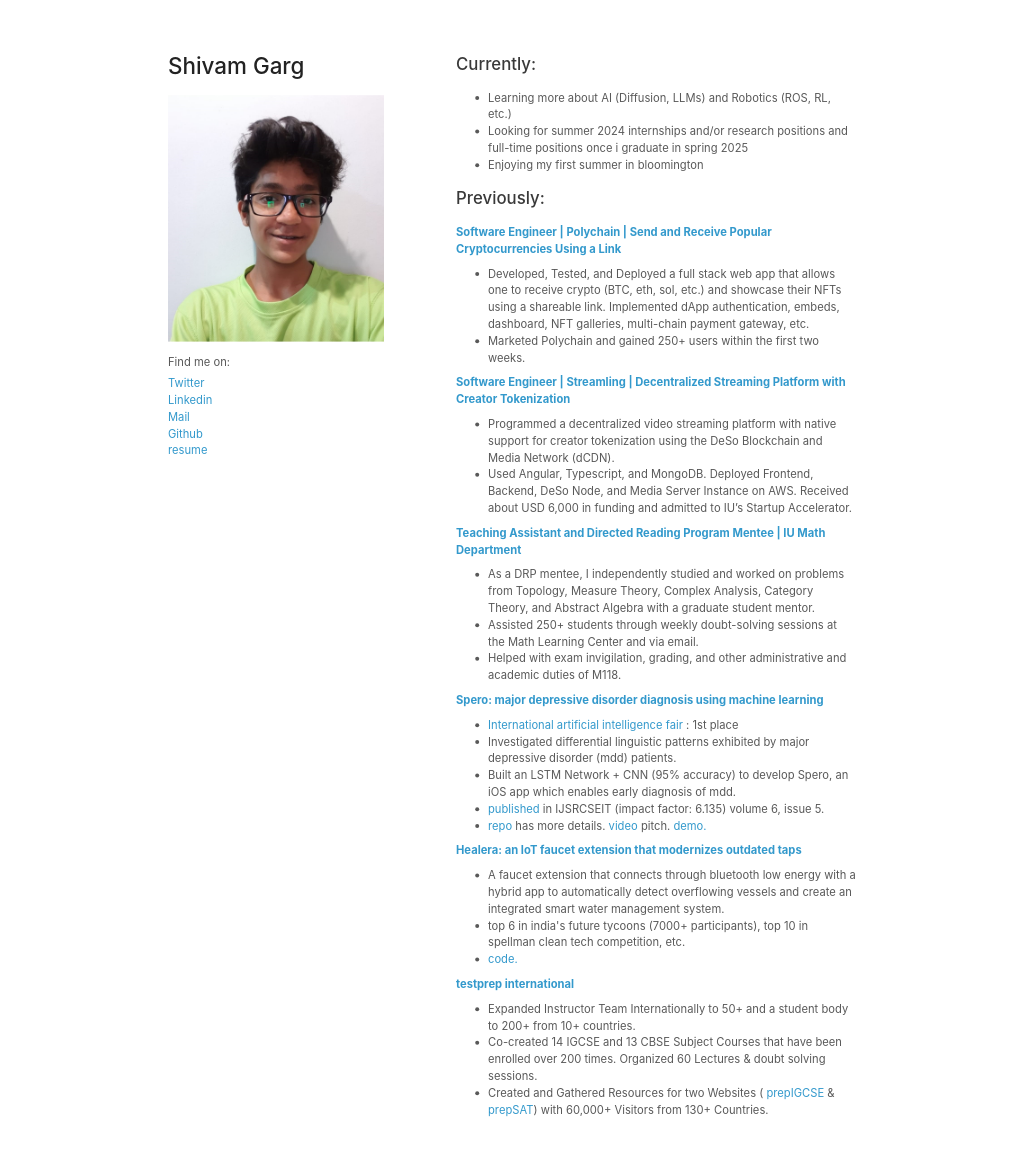
Repository: 22shivam/22shivam.github.io
Page: index.html
The author's editor kept a copy of each file at every save. The page is drawn from the files as they stood at one save, then again after the next save.
The browser window is 1280 px wide. The pictures show the whole page, at 80% of full size.

Above is the page before, as saved 2024-06-17 20:57:33.

### index.html
<!doctype html>
<html>

<head>
  <meta charset="utf-8">
  <meta http-equiv="X-UA-Compatible" content="chrome=1">
  <title>Shivam Garg</title>

  <link rel="apple-touch-icon" sizes="180x180" href="assets/favicon/apple-touch-icon.png">
  <link rel="icon" type="image/png" sizes="32x32" href="assets/favicon/favicon-32x32.png">
  <link rel="icon" type="image/png" sizes="16x16" href="assets/favicon/favicon-16x16.png">
  <link rel="manifest" href="assets/favicon/site.webmanifest">
  <title>Shivam Garg</title>
  <meta charset="utf-8">
  <meta name="description" content="hi i am shivam! i love making and learning about new things">
  <meta name="keywords" content="Shivam Garg, Shivam, Personal Website, smgarg, Shivam Manish Garg">
  <link rel="author" href="https://plus.google.com/{{googlePlusId}}" />
  <!-- TODO: fix link below -->
  <link rel="canonical" href="/" />
  <meta name="author" content="Shivam Garg">


  <link rel="stylesheet" href="css/styles.css">
  <link rel="stylesheet" href="css/pygment_trac.css">
  <meta name="viewport" content="width=device-width">
  <!--[if lt IE 9]>
    <script src="//html5shiv.googlecode.com/svn/trunk/html5.js"></script>
    <![endif]-->
</head>

<body>
  <div class="wrapper">
    <header>
      <h1>Shivam Garg</h1>
      <img src="assets/publicPhoto.jpeg" alt="Shivam Garg" height="" width="">
      <p style="margin-bottom: 5px; margin-top: 10px;">Find me on:</p>
      <div class="view"><a href="https://twitter.com/smgarg_/" target="_blank">Twitter</a></div>
      <div class="view"><a href="https://www.linkedin.com/in/shivammgarg" target="_blank">Linkedin</a></div>
      <div class="view"><a href="mailto:shivamg2604@gmail.com" target="_blank">Mail</a></div>
      <div class="view"><a href="https://github.com/22shivam/" target="_blank">Github</a></div>
      <div class="view"><a href="/resume.pdf" target="_blank">resume</a></div>

    </header>
    <section>
      <h2>Currently:</h2>

      <ul>
        <li>Learning more about AI (Diffusion, LLMs) and Robotics (ROS, RL, etc.)</li>
        <li>Looking for summer 2024 internships and/or research positions and full-time positions once i graduate in
          spring 2025</li>
        <li>Enjoying my first summer in bloomington</li>
      </ul>


      <h2>Previously:</h2>

      <p><a href="#"><b>Software Engineer | Polychain | Send and Receive Popular Cryptocurrencies Using a Link</b></a>
      </p>
      <ul>
        <li> Developed, Tested, and Deployed a full stack web app that allows one to receive crypto (BTC, eth, sol,
          etc.) and
          showcase their NFTs using a shareable link. Implemented dApp authentication, embeds, dashboard, NFT galleries,
          multi-chain payment gateway, etc. </li>
        <li>Marketed Polychain and gained 250+ users within the first two weeks.</li>
      </ul>

      <p><a href="#"><b>Software Engineer | Streamling | Decentralized Streaming Platform with Creator
            Tokenization</b></a></p>
      <ul>
        <li>Programmed a decentralized video streaming platform with native support for creator tokenization using the
          DeSo
          Blockchain and Media Network (dCDN). </li>
        <li>Used Angular, Typescript, and MongoDB. Deployed Frontend, Backend, DeSo Node, and Media Server Instance on
          AWS. Received about USD 6,000 in funding and admitted to IU’s Startup Accelerator.</li>
      </ul>

      <p><a href="#"><b>Teaching Assistant and Directed Reading Program Mentee | IU Math Department</b></a></p>
      <ul>
        <li>As a DRP mentee, I independently studied and worked on problems from Topology, Measure Theory, Complex
          Analysis, Category Theory, and Abstract Algebra with a graduate student mentor. </li>
        <li>Assisted 250+ students through weekly doubt-solving sessions at the Math Learning Center and via email.</li>
        <li>Helped with exam invigilation, grading, and other administrative and academic duties of M118.</li>
      </ul>

      <p><a href="#"><b>Spero: major depressive disorder diagnosis using machine learning</b></a></p>
      <ul>
        <li><a href="https://www.facebook.com/watch/?v=3315503535234343" target="_blanket">International artificial
            intelligence fair </a>: 1st place</li>
        <li> Investigated differential linguistic patterns exhibited by major depressive disorder (mdd) patients. </li>
        <li> Built an LSTM Network + CNN (95% accuracy) to develop Spero, an iOS app which enables early diagnosis of
          mdd. </li>
        <li> <a href="https://drive.google.com/file/d/13emORumQpy178YOz-o1TLWc3oEMG_0Zk/view?usp=sharing"
            target="_blank">published</a> in IJSRCSEIT (impact factor: 6.135) volume 6, issue 5. </li>
        <li><a href="https://github.com/yumibyte/DepressionAnalysisApp" target="_blank">repo</a> has more details. <a
            href="https://youtu.be/BRpB7O93rG8" target="_blank">video </a>pitch. <a
            href="https://drive.google.com/file/d/1xZBEsI2Kvl0hXr1HkGOkEOxA6GYMHvkU/view?usp=sharing"
            target="_blank">demo.</a></li>
      </ul>

      <p><a href="#"><b>Healera: an IoT faucet extension that modernizes outdated taps</b></a></p>
      <ul>
        <li> A faucet extension that connects through bluetooth low energy with a hybrid app to automatically detect
          overflowing vessels and create an integrated smart water management system. </li>
        <li>top 6 in india's future tycoons (7000+ participants), top 10 in spellman clean tech competition, etc.</li>
        <li><a href="https://create.arduino.cc/editor/shivam26/1d686c51-6e04-4531-b3fc-80d3e8be87ea/preview"
            target="_blank">code.</a> </li>
      </ul>

      <p><a href="https://testprepintl.wixsite.com/testprep" target="_blank"><b>testprep international</b></a></p>
      <ul>
        <li>Expanded Instructor Team Internationally to 50+ and a student body to 200+ from 10+ countries.</li>
        <li>Co-created 14 IGCSE and 13 CBSE Subject Courses that have been enrolled over 200 times. Organized 60
          Lectures & doubt solving sessions. </li>
        <li>Created and Gathered Resources for two Websites ( <a href="https://igcse.school.blog/"
            target="_blank">prepIGCSE</a> & <a href="https://prepsatinfo.wordpress.com/" target="_blank">prepSAT</a>)
          with 60,000+ Visitors from 130+ Countries. </li>
      </ul>

      <!-- <p><a href="https://covidhope.litcot.org/" target="_blank"><b>the covidhope initiative</b></a></p>
      <ul>
        <li>recruited 17 editors and designers for the 216-page anthology and oversaw internal operations.</li>
        <li>released anthology in several online stores.</li>
        <li>recognised by <a
            href="https://www.unmgcy.org/youth-initiatives/2020/9/9/the-covidhope-initiative?fbclid=IwAR1hHeQ0HqLZF7lZqmeBwSabEhB1bpDe8zFZsVwr8dct0wwqOb93iT0AzrM"
            target="_blank">united nations major group for children and youth</a> and WHO's weekly operational update on
          covid-19 (<a
            href="https://www.who.int/publications/m/item/weekly-operational-update-on-covid-19---24-may-2021"
            target="_blank">issue 56</a>, page 7).</li>
      </ul> -->

      <!-- <p><a href="#"><b>this is actually a title placeholder</b></a></p>
        <ul>
            <li>bullet <b>1</b></li>
            <li>bullet 2</li>
            <li>bullet 3</li>
        </ul> -->

      <!-- <h1>essays:</h1>
      &#10024; fun stuff coming soon &#10024;
      <br>
      <br>

      <h1>reading list</h1>
      <ul>
        <li>the psychology of money by morgan housel </li>
        <li>the almanack of naval ravikant by eric jorgenson</li>
      </ul> -->

      <!-- <h1>random:</h1>
          <ul>
            <li>random 1:</li>
            <li>random 2:</li>
            <li>random 3:</li>
          </ul>

          <h1>features:</h1>
          <ul>
            <li>feature 1:</li>
            <li>feature 2:</li>
            <li>feature 3:</li>
          </ul>

          <h1>gallery:</h1>
          <ul>
            <li>feature 1:</li>
            <li>feature 2:</li>
            <li>feature 3:</li>
          </ul> -->

    </section>
    <footer>
      <!-- <p><small>Last Updated: August 21, 2021</small></p> -->
    </footer>
  </div>
  <script src="js/scale.fix.js"></script>
</body>

</html>

### css/styles.css
body {
  background-color: #fff;
  padding:40px;
  font: 14px/1.5 -apple-system, BlinkMacSystemFont, "Segoe UI", Roboto, Oxygen, Ubuntu, Cantarell, "Fira Sans", "Droid Sans", "Helvetica Neue", Arial, sans-serif, "Apple Color Emoji", "Segoe UI Emoji", "Segoe UI Symbol";
  color:#595959;
  font-weight:400;
}

h1, h2, h3, h4, h5, h6 {
  color:#222;
  margin:20px 0 20px 0;
}

p, ul, ol, table, pre, dl {
  margin:0 0 10px;
}

h1, h2, h3 {
  line-height:1.1;
}

h1 {
  font-size:28px;
  font-weight: 500;
}

h2 {
  color:#393939;
  font-weight: 500;
}

h3, h4, h5, h6 {
  color:#494949;
  font-weight: 500;
}

a {
  color:#39c;
  text-decoration:none;
}

a:hover {
  color:#069;
}

a small {
  font-size:11px;
  color:#777;
  margin-top:-0.3em;
  display:block;
}

a:hover small {
  color:#777;
}

.wrapper {
  width:860px;
  margin:0 auto;
}

blockquote {
  border-left:1px solid #e5e5e5;
  margin:0;
  padding:0 0 0 20px;
  font-style:italic;
}

code, pre {
  font-family:Monaco, Bitstream Vera Sans Mono, Lucida Console, Terminal, Consolas, Liberation Mono, DejaVu Sans Mono, Courier New, monospace;
  color:#333;
}

pre {
  padding:8px 15px;
  background: #f8f8f8;
  border-radius:5px;
  border:1px solid #e5e5e5;
  overflow-x: auto;
}

table {
  width:100%;
  border-collapse:collapse;
}

th, td {
  text-align:left;
  padding:5px 10px;
  border-bottom:1px solid #e5e5e5;
}

dt {
  color:#444;
  font-weight:500;
}

th {
  color:#444;
}

img {
  max-width:100%;
}

header {
  width:270px;
  float:left;
  position:fixed;
  -webkit-font-smoothing:subpixel-antialiased;
}

header ul {
  list-style:none;
  height:40px;
  padding:0;
  background: #f4f4f4;
  border-radius:5px;
  border:1px solid #e0e0e0;
  width:270px;
}

header li {
  width:89px;
  float:left;
  border-right:1px solid #e0e0e0;
  height:40px;
}

header li:first-child a {
  border-radius:5px 0 0 5px;
}

header li:last-child a {
  border-radius:0 5px 5px 0;
}

header ul a {
  line-height:1;
  font-size:11px;
  color:#999;
  display:block;
  text-align:center;
  padding-top:6px;
  height:34px;
}

header ul a:hover {
  color:#999;
}

header ul a:active {
  background-color:#f0f0f0;
}

strong {
  color:#222;
  font-weight:500;
}

header ul li + li + li {
  border-right:none;
  width:89px;
}

header ul a strong {
  font-size:14px;
  display:block;
  color:#222;
}

section {
  width:500px;
  float:right;
  padding-bottom:50px;
}

small {
  font-size:11px;
}

hr {
  border:0;
  background:#e5e5e5;
  height:1px;
  margin:0 0 20px;
}

footer {
  width:270px;
  float:left;
  position:fixed;
  bottom:50px;
  -webkit-font-smoothing:subpixel-antialiased;
}

@media print, screen and (max-width: 960px) {

  div.wrapper {
    width:auto;
    margin:0;
  }

  header, section, footer {
    float:none;
    position:static;
    width:auto;
  }

  header {
    padding-right:320px;
  }

  section {
    border:1px solid #e5e5e5;
    border-width:1px 0;
    padding:20px 0;
    margin:0 0 20px;
  }

  header a small {
    display:inline;
  }

  header ul {
    position:absolute;
    right:50px;
    top:52px;
  }
}

@media print, screen and (max-width: 720px) {
  body {
    word-wrap:break-word;
  }

  header {
    padding:0;
  }

  header ul, header p.view {
    position:static;
  }

  pre, code {
    word-wrap:normal;
  }
}

@media print, screen and (max-width: 480px) {
  body {
    padding:15px;
  }

  header ul {
    width:99%;
  }

  header li, header ul li + li + li {
    width:33%;
  }
}

@media print {
  body {
    padding:0.4in;
    font-size:12pt;
    color:#444;
  }
}

### css/pygment_trac.css
.highlight  { background: #ffffff; }
.highlight .c { color: #999988; font-style: italic } /* Comment */
.highlight .err { color: #a61717; background-color: #e3d2d2 } /* Error */
.highlight .k { font-weight: bold } /* Keyword */
.highlight .o { font-weight: bold } /* Operator */
.highlight .cm { color: #999988; font-style: italic } /* Comment.Multiline */
.highlight .cp { color: #999999; font-weight: bold } /* Comment.Preproc */
.highlight .c1 { color: #999988; font-style: italic } /* Comment.Single */
.highlight .cs { color: #999999; font-weight: bold; font-style: italic } /* Comment.Special */
.highlight .gd { color: #000000; background-color: #ffdddd } /* Generic.Deleted */
.highlight .gd .x { color: #000000; background-color: #ffaaaa } /* Generic.Deleted.Specific */
.highlight .ge { font-style: italic } /* Generic.Emph */
.highlight .gr { color: #aa0000 } /* Generic.Error */
.highlight .gh { color: #999999 } /* Generic.Heading */
.highlight .gi { color: #000000; background-color: #ddffdd } /* Generic.Inserted */
.highlight .gi .x { color: #000000; background-color: #aaffaa } /* Generic.Inserted.Specific */
.highlight .go { color: #888888 } /* Generic.Output */
.highlight .gp { color: #555555 } /* Generic.Prompt */
.highlight .gs { font-weight: bold } /* Generic.Strong */
.highlight .gu { color: #800080; font-weight: bold; } /* Generic.Subheading */
.highlight .gt { color: #aa0000 } /* Generic.Traceback */
.highlight .kc { font-weight: bold } /* Keyword.Constant */
.highlight .kd { font-weight: bold } /* Keyword.Declaration */
.highlight .kn { font-weight: bold } /* Keyword.Namespace */
.highlight .kp { font-weight: bold } /* Keyword.Pseudo */
.highlight .kr { font-weight: bold } /* Keyword.Reserved */
.highlight .kt { color: #445588; font-weight: bold } /* Keyword.Type */
.highlight .m { color: #009999 } /* Literal.Number */
.highlight .s { color: #d14 } /* Literal.String */
.highlight .na { color: #008080 } /* Name.Attribute */
.highlight .nb { color: #0086B3 } /* Name.Builtin */
.highlight .nc { color: #445588; font-weight: bold } /* Name.Class */
.highlight .no { color: #008080 } /* Name.Constant */
.highlight .ni { color: #800080 } /* Name.Entity */
.highlight .ne { color: #990000; font-weight: bold } /* Name.Exception */
.highlight .nf { color: #990000; font-weight: bold } /* Name.Function */
.highlight .nn { color: #555555 } /* Name.Namespace */
.highlight .nt { color: #000080 } /* Name.Tag */
.highlight .nv { color: #008080 } /* Name.Variable */
.highlight .ow { font-weight: bold } /* Operator.Word */
.highlight .w { color: #bbbbbb } /* Text.Whitespace */
.highlight .mf { color: #009999 } /* Literal.Number.Float */
.highlight .mh { color: #009999 } /* Literal.Number.Hex */
.highlight .mi { color: #009999 } /* Literal.Number.Integer */
.highlight .mo { color: #009999 } /* Literal.Number.Oct */
.highlight .sb { color: #d14 } /* Literal.String.Backtick */
.highlight .sc { color: #d14 } /* Literal.String.Char */
.highlight .sd { color: #d14 } /* Literal.String.Doc */
.highlight .s2 { color: #d14 } /* Literal.String.Double */
.highlight .se { color: #d14 } /* Literal.String.Escape */
.highlight .sh { color: #d14 } /* Literal.String.Heredoc */
.highlight .si { color: #d14 } /* Literal.String.Interpol */
.highlight .sx { color: #d14 } /* Literal.String.Other */
.highlight .sr { color: #009926 } /* Literal.String.Regex */
.highlight .s1 { color: #d14 } /* Literal.String.Single */
.highlight .ss { color: #990073 } /* Literal.String.Symbol */
.highlight .bp { color: #999999 } /* Name.Builtin.Pseudo */
.highlight .vc { color: #008080 } /* Name.Variable.Class */
.highlight .vg { color: #008080 } /* Name.Variable.Global */
.highlight .vi { color: #008080 } /* Name.Variable.Instance */
.highlight .il { color: #009999 } /* Literal.Number.Integer.Long */

.type-csharp .highlight .k { color: #0000FF }
.type-csharp .highlight .kt { color: #0000FF }
.type-csharp .highlight .nf { color: #000000; font-weight: normal }
.type-csharp .highlight .nc { color: #2B91AF }
.type-csharp .highlight .nn { color: #000000 }
.type-csharp .highlight .s { color: #A31515 }
.type-csharp .highlight .sc { color: #A31515 }

Loaded but not shown: js/scale.fix.js (common file)

After the next save:
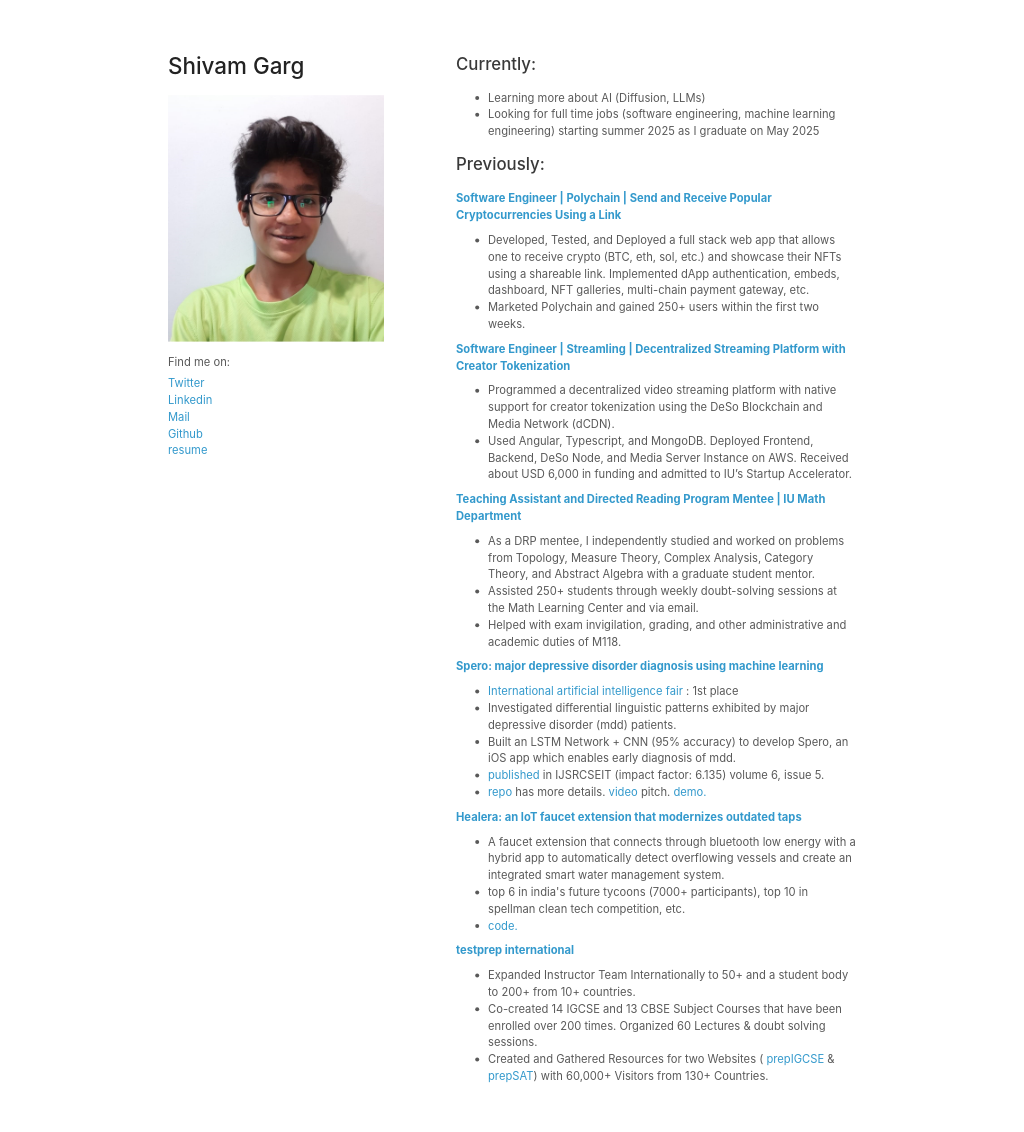
Saved 195 days later.
--- a/index.html
+++ b/index.html
@@ -45,10 +45,9 @@
       <h2>Currently:</h2>
 
       <ul>
-        <li>Learning more about AI (Diffusion, LLMs) and Robotics (ROS, RL, etc.)</li>
-        <li>Looking for summer 2024 internships and/or research positions and full-time positions once i graduate in
-          spring 2025</li>
-        <li>Enjoying my first summer in bloomington</li>
+        <li>Learning more about AI (Diffusion, LLMs)</li>
+        <li>Looking for full time jobs (software engineering, machine learning engineering) starting summer 2025 as I
+          graduate on May 2025</li>
       </ul>
 
 
